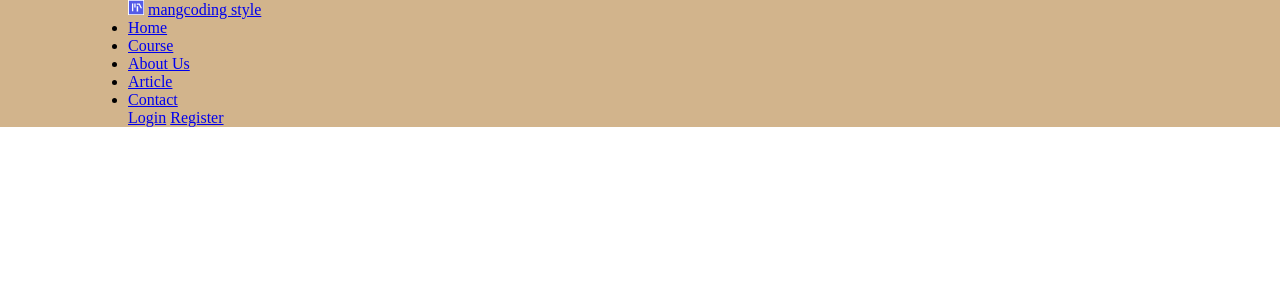
Repository: Dania-Alqam/landing-page
Page: index.html
The author's editor kept a copy of each file at every save. The page is drawn from the files as they stood at one save, then again after the next save.
The browser window is 1280 px wide. The pictures show the whole page.

Above is the page before, as saved 2024-06-21 19:10:50.

After the next save:
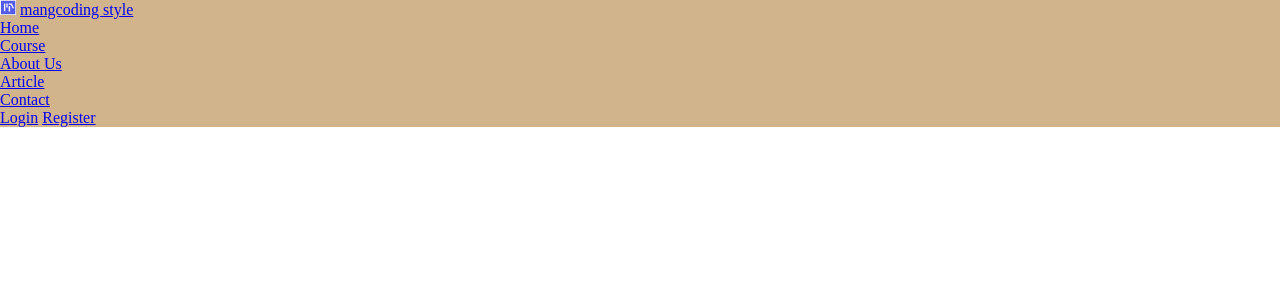
Saved 23 s later.
--- a/assests/css/main.css
+++ b/assests/css/main.css
@@ -5,7 +5,6 @@
 }
 .container{
     width: 80%;
-    margin: auto;
 }
 
 .header{

After the save that followed:
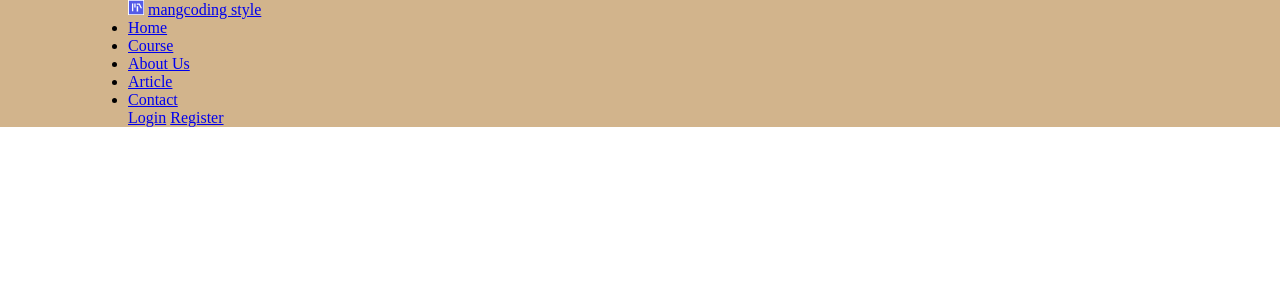
Saved 13 s later.
--- a/assests/css/main.css
+++ b/assests/css/main.css
@@ -5,6 +5,7 @@
 }
 .container{
     width: 80%;
+    margin: auto;
 }
 
 .header{
